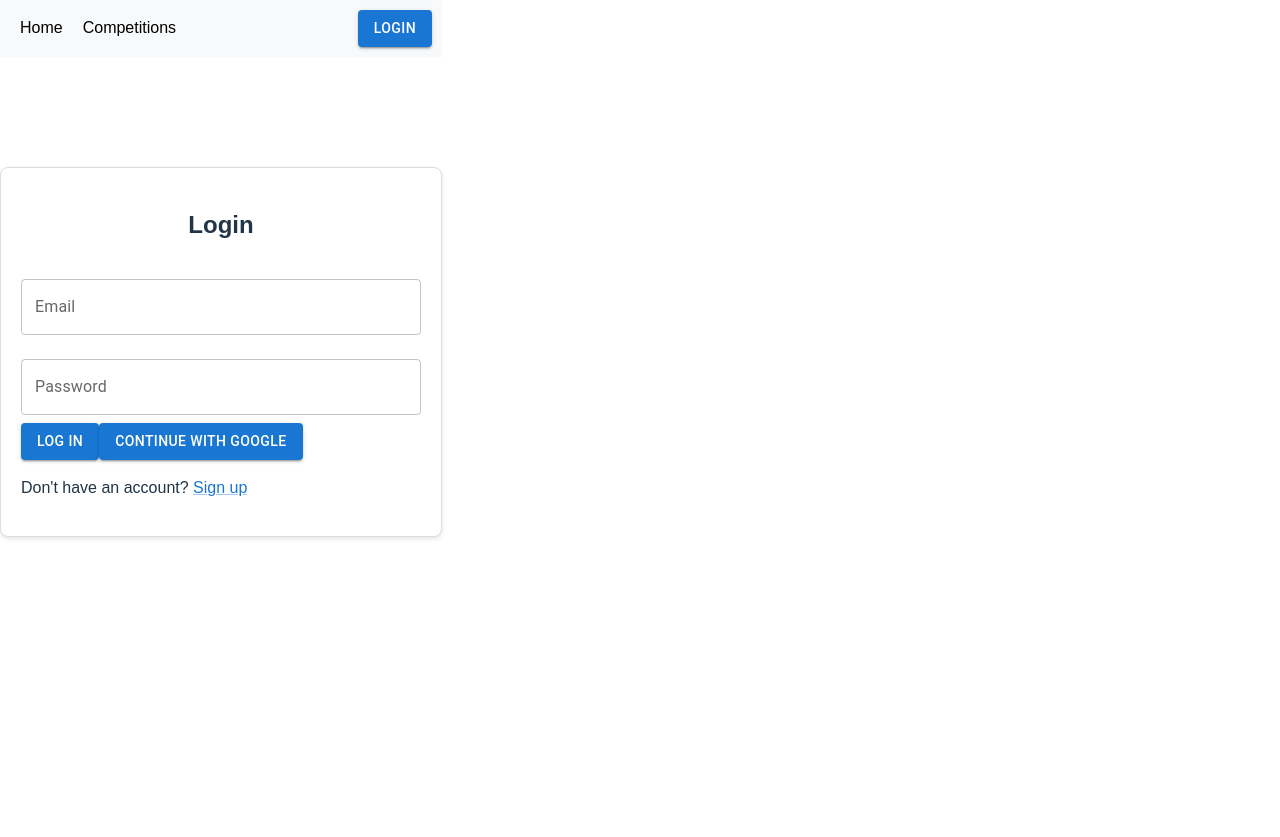
Repository: BWei22/wecube
Page: /profile
These files come from the project's save history. The page is drawn as it stood at one moment and after the next save; the edit follows.
The browser window is 1280 px wide. The pictures show the whole page.
The project was rebuilt for these pictures with package versions that can differ from the ones it lists, and the page was loaded fresh each time. Also part of the build but not shown: vite.config.js, src/pages/Home.css, src/pages/Home.jsx, src/pages/Competitions.css, src/pages/Competitions.jsx, src/pages/Listings.jsx, src/pages/CreateListing.jsx, src/pages/ListingDetails.css and 11 more.

Above is the page before, as saved 2024-08-07 12:40:11.

### index.html
<!doctype html>
<html lang="en">
  <head>
    <meta charset="UTF-8" />
    <link rel="icon" type="image/svg+xml" href="/vite.svg" />
    <meta name="viewport" content="width=device-width, initial-scale=1.0" />
    <title>WeCube</title>
  </head>
  <body>
    <div id="root"></div>
    <script type="module" src="/src/main.jsx"></script>
  </body>
</html>

### src/App.jsx
// src/App.jsx
import React from 'react';
import { BrowserRouter as Router, Routes, Route } from 'react-router-dom';
import Home from './pages/Home';
import Competitions from './pages/Competitions';
import Listings from './pages/Listings';
import CreateListing from './pages/CreateListing';
import ListingDetails from './pages/ListingDetails';
import InterestedBuyers from './pages/InterestedBuyers';
import Notifications from './pages/Notifications';
import Login from './pages/Login';
import SignUp from './pages/SignUp';
import CompleteProfile from './pages/CompleteProfile';
import PrivateRoute from './components/PrivateRoute';
import NavBar from './components/NavBar';
import { ProvideAuth } from './hooks/useAuth';
import Message from './pages/Message';
import Conversations from './pages/Conversations';
import Profile from './pages/Profile';
import './App.css';

const App = () => {
  return (
    <Router>
      <ProvideAuth>
        <NavBar />
        <div className="main-container">
          <Routes>
            <Route path="/" element={<Home />} />
            <Route path="/competitions" element={<Competitions />} />
            <Route path="/listings/:competitionId" element={<Listings />} />
            <Route path="/create-listing/:competitionId" element={<PrivateRoute><CreateListing /></PrivateRoute>} />
            <Route path="/listing/:listingId" element={<ListingDetails />} />
            <Route path="/interested-buyers/:listingId" element={<PrivateRoute><InterestedBuyers /></PrivateRoute>} />
            <Route path="/notifications" element={<PrivateRoute><Notifications /></PrivateRoute>} />
            <Route path="/login" element={<Login />} />
            <Route path="/signup" element={<SignUp />} />
            <Route path="/complete-profile" element={<CompleteProfile />} />
            <Route path="/messages/:listingId" element={<PrivateRoute><Message /></PrivateRoute>} />
            <Route path="/conversations" element={<PrivateRoute><Conversations /></PrivateRoute>} />
            <Route path="/profile" element={<PrivateRoute><Profile /></PrivateRoute>} />
          </Routes>
        </div>
      </ProvideAuth>
    </Router>
  );
};

export default App;

### src/pages/Login.jsx
// src/pages/Login.jsx
import React, { useState } from 'react';
import { useNavigate } from 'react-router-dom';
import { useAuth } from '../hooks/useAuth';
import { Button, TextField, Link } from '@mui/material';
import './AuthComponent.css';

const Login = () => {
  const auth = useAuth();
  const navigate = useNavigate();
  const [email, setEmail] = useState('');
  const [password, setPassword] = useState('');
  const [error, setError] = useState('');

  const handleGoogleLogin = async () => {
    try {
      const { user, isNewUser } = await auth.signinWithGoogle();
      if (isNewUser) {
        navigate('/complete-profile', { state: { uid: user.uid } });
      } else {
        navigate('/competitions');
      }
    } catch (error) {
      console.error('Login failed:', error);
      setError(error.message);
    }
  };

  const handleEmailLogin = async () => {
    try {
      await auth.signinWithEmailAndPassword(email, password);
      navigate('/competitions');
    } catch (error) {
      console.error('Login failed:', error);
      setError(error.message);
    }
  };

  return (
    <div className="auth-container">
      <h2>Login</h2>
      <TextField
        label="Email"
        variant="outlined"
        fullWidth
        margin="normal"
        value={email}
        onChange={(e) => setEmail(e.target.value)}
      />
      <TextField
        label="Password"
        type="password"
        variant="outlined"
        fullWidth
        margin="normal"
        value={password}
        onChange={(e) => setPassword(e.target.value)}
      />
      {error && <p className="error">{error}</p>}
      <Button onClick={handleEmailLogin} variant="contained" color="primary">
        Log In
      </Button>
      <Button onClick={handleGoogleLogin} variant="contained" color="primary">
        Continue with Google
      </Button>
      <p>
        Don't have an account? <Link onClick={() => navigate('/signup')}>Sign up</Link>
      </p>
    </div>
  );
};

export default Login;

### src/components/PrivateRoute.jsx
import React from 'react';
import { Navigate } from 'react-router-dom';
import { useAuth } from '../hooks/useAuth';

const PrivateRoute = ({ children }) => {
  const { user } = useAuth();

  return user ? children : <Navigate to="/login" />;
};

export default PrivateRoute;

### src/components/NavBar.jsx
import React, { useState, useEffect } from 'react';
import { Link, useNavigate } from 'react-router-dom';
import { useAuth } from '../hooks/useAuth'; // Adjust the import path as necessary
import { db } from '../firebaseConfig';
import { collection, query, where, onSnapshot } from 'firebase/firestore';
import Badge from '@mui/material/Badge';
import Button from '@mui/material/Button';
import './NavBar.css';

const NavBar = () => {
  const { user, username, signout } = useAuth();
  const navigate = useNavigate();
  const [newMessages, setNewMessages] = useState(0);

  useEffect(() => {
    if (!user) {
      console.log('No authenticated user found.');
      return;
    }

    const q = query(collection(db, 'messages'), where('recipientId', '==', user.uid), where('isRead', '==', false));
    const unsubscribe = onSnapshot(q, (querySnapshot) => {
      setNewMessages(querySnapshot.size);
    });

    return () => unsubscribe();
  }, [user]);

  const handleLogout = () => {
    signout(() => navigate('/'));
  };

  return (
    <div className="navbar">
      <div className="navbar-left">
        <Link to="/">Home</Link>
        <Link to="/competitions">Competitions</Link>
      </div>
      <div className="navbar-right">
        {user ? (
          <>
            <Badge badgeContent={newMessages} color="error">
              <Link to="/conversations">Conversations</Link>
            </Badge>
            <Link to="/profile">Profile</Link>
            <Button onClick={handleLogout} variant="contained" color="secondary">Logout</Button>
            <span className="navbar-username">{username}</span>
          </>
        ) : (
          <Button onClick={() => navigate('/login')} variant="contained" color="primary">Login</Button> // Corrected path
        )}
      </div>
    </div>
  );
};

export default NavBar;

### src/hooks/useAuth.jsx
// src/hooks/useAuth.jsx
import React, { useState, useEffect, useContext, createContext } from 'react';
import { getAuth, signInWithPopup, GoogleAuthProvider, signOut, createUserWithEmailAndPassword, signInWithEmailAndPassword, deleteUser } from 'firebase/auth';
import { doc, getDoc, setDoc, deleteDoc } from 'firebase/firestore';
import { db } from '../firebaseConfig';
import { useNavigate } from 'react-router-dom';

const authContext = createContext();

export function ProvideAuth({ children }) {
  const auth = useProvideAuth();
  return <authContext.Provider value={auth}>{children}</authContext.Provider>;
}

export const useAuth = () => {
  return useContext(authContext);
};

function useProvideAuth() {
  const [user, setUser] = useState(null);
  const [username, setUsername] = useState('');
  const [newUser, setNewUser] = useState(false);
  const navigate = useNavigate();

  const signinWithGoogle = async () => {
    const auth = getAuth();
    const provider = new GoogleAuthProvider();
    const result = await signInWithPopup(auth, provider);
    const user = result.user;

    const userDocRef = doc(db, 'users', user.uid);
    const userDocSnap = await getDoc(userDocRef);

    if (userDocSnap.exists()) {
      setUser(user);
      setUsername(userDocSnap.data().username);
      setNewUser(false);
      navigate('/competitions');
    } else {
      setUser(user);
      setNewUser(true);
      navigate('/complete-profile');
    }
  };

  const signupWithEmailAndPassword = async (email, password) => {
    const auth = getAuth();
    const result = await createUserWithEmailAndPassword(auth, email, password);
    const user = result.user;

    setUser(user);
    setNewUser(true);
    navigate('/complete-profile');
  };

  const signinWithEmailAndPassword = async (email, password) => {
    const auth = getAuth();
    const result = await signInWithEmailAndPassword(auth, email, password);
    const user = result.user;

    const userDocRef = doc(db, 'users', user.uid);
    const userDocSnap = await getDoc(userDocRef);

    if (userDocSnap.exists()) {
      setUser(user);
      setUsername(userDocSnap.data().username);
      setNewUser(false);
      navigate('/competitions');
    } else {
      navigate('/signup');
    }
  };

  const signout = async (callback) => {
    const auth = getAuth();
    await signOut(auth);
    setUser(null);
    setUsername('');
    if (callback) callback();
  };

  const deleteUserAccount = async () => {
    const auth = getAuth();
    if (user) {
      const userDocRef = doc(db, 'users', user.uid);
      await deleteDoc(userDocRef);
      await deleteUser(auth.currentUser);
      setUser(null);
      setUsername('');
      setNewUser(false);
      navigate('/');
    }
  };

  useEffect(() => {
    const auth = getAuth();
    const unsubscribe = auth.onAuthStateChanged(async (user) => {
      if (user) {
        const userDocRef = doc(db, 'users', user.uid);
        const userDocSnap = await getDoc(userDocRef);

        if (userDocSnap.exists()) {
          setUser(user);
          setUsername(userDocSnap.data().username);
          setNewUser(false);
        } else {
          setUser(user);
          setNewUser(true);
        }
      } else {
        setUser(null);
        setUsername('');
        setNewUser(false);
      }
    });

    return () => unsubscribe();
  }, []);

  return {
    user,
    username,
    newUser,
    setUsername,
    signinWithGoogle,
    signupWithEmailAndPassword,
    signinWithEmailAndPassword,
    signout,
    deleteUserAccount,
  };
}

### src/App.css
/* src/App.css */

body, html {
  margin: 0;
  padding: 0;
  height: 100%;
  width: 100%;
  font-family: Arial, sans-serif;
}

#root {
  height: 100%;
}

.main-container {
  display: flex;
  flex-direction: column;
  height: 100vh;
  padding-top: 60px; /* Adjust based on navbar height */
}

### src/firebaseConfig.js
// src/firebaseConfig.js
import { initializeApp } from "firebase/app";
import { getFirestore } from "firebase/firestore";
import { getAuth, onAuthStateChanged, GoogleAuthProvider, signInWithPopup } from "firebase/auth";

const firebaseConfig = {
  apiKey: "AIzaSyDYb4aSYo2bUTjyhVYMKNBykxSJtt_21Po",
  authDomain: "wecube-e0d78.firebaseapp.com",
  projectId: "wecube-e0d78",
  storageBucket: "wecube-e0d78.appspot.com",
  messagingSenderId: "412392652109",
  appId: "1:412392652109:web:bc3ad839badcf48e85cb04",
  measurementId: "G-3J43PF4YX8"
};

const app = initializeApp(firebaseConfig);
const db = getFirestore(app);
const auth = getAuth(app);
const provider = new GoogleAuthProvider();

onAuthStateChanged(auth, (user) => {
  if (user) {
    console.log("User is signed in", user);
  } else {
    console.log("No user is signed in");
  }
});

export { db, auth, provider };

### src/pages/Listings.css
.listings-grid {
  display: grid;
  grid-template-columns: repeat(auto-fill, minmax(200px, 1fr));
  gap: 16px;
}

.listing-item {
  border: 1px solid #ccc;
  padding: 16px;
  border-radius: 8px;
  text-align: center;
  cursor: pointer;
  transition: box-shadow 0.3s ease, transform 0.3s ease;
}

.listing-item:hover {
  box-shadow: 0 4px 12px rgba(0, 0, 0, 0.2);
  transform: scale(1.05);
  background-color: #f0f0f0;
}

.listing-image {
  width: 100%;
  height: 150px;
  object-fit: cover;
  border-radius: 4px;
}

.listing-info {
  margin-top: 8px;
}

.listing-name {
  display: block;
  font-weight: bold;
  margin-bottom: 4px;
  color: #333;
}

.listing-price {
  display: block;
  color: #007BFF;
}

button {
  margin-top: 8px;
}

### src/pages/AuthComponent.css
/* src/pages/AuthComponent.css */

.auth-container {
  max-width: 400px;
  margin: 50px auto;
  padding: 20px;
  border: 1px solid #ddd;
  border-radius: 8px;
  box-shadow: 0 2px 4px rgba(0, 0, 0, 0.1);
  background-color: #fff;
}

h2 {
  text-align: center;
  margin-bottom: 20px;
}

.error {
  color: red;
  text-align: center;
  margin-bottom: 20px;
}

form {
  display: flex;
  flex-direction: column;
}

form > * {
  margin-bottom: 15px;
}

### src/components/NavBar.css
.navbar {
  display: flex;
  justify-content: space-between;
  padding: 10px;
  background-color: #f8f9fa;
}

.navbar-left,
.navbar-right {
  display: flex;
  align-items: center;
}

.navbar-left a,
.navbar-right a {
  margin: 0 10px;
  text-decoration: none;
  color: #000;
}

.navbar-right .navbar-username {
  margin-left: 10px;
  font-weight: bold;
}

.navbar-right button {
  margin-left: 10px;
}

Loaded but not shown: src/main.jsx (common file); src/index.css (common file)

After the next save:
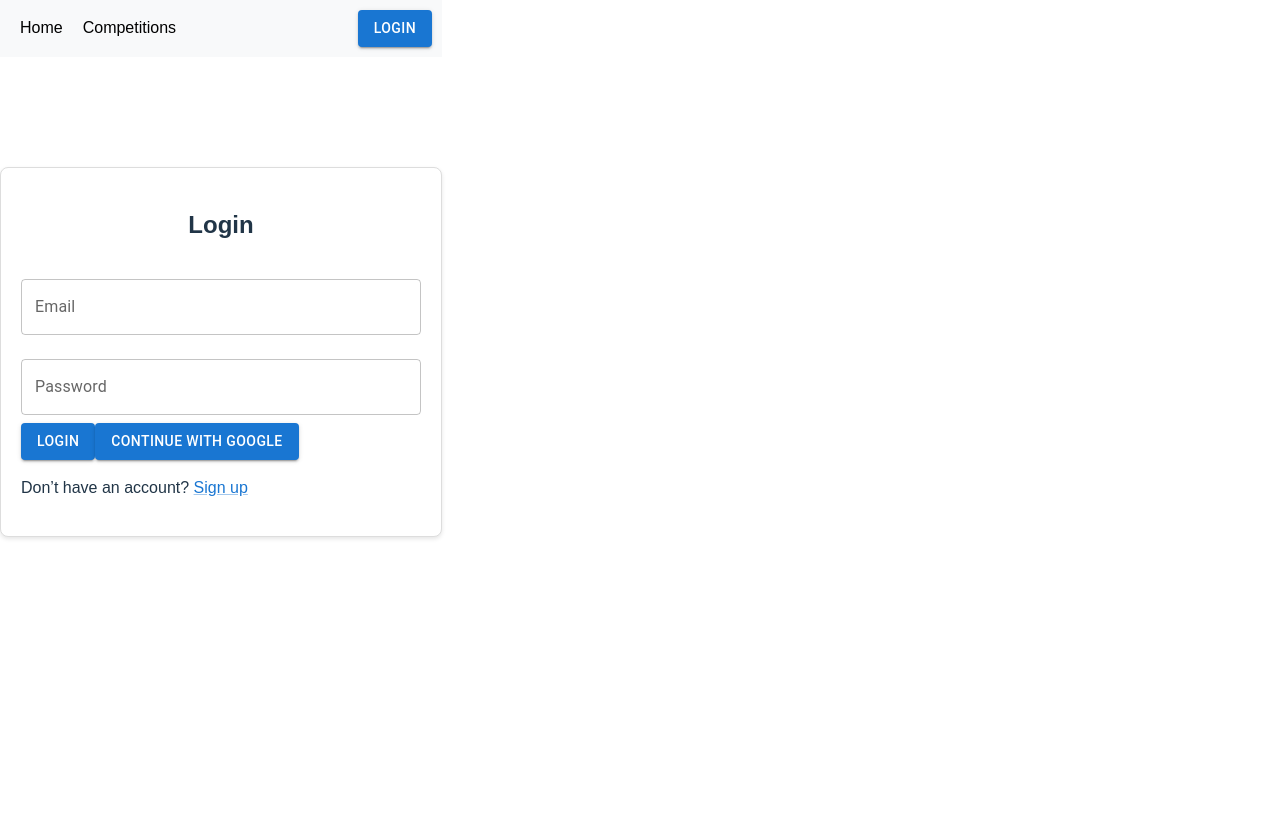
Saved 3 min 38 s later.
--- a/src/pages/Login.jsx
+++ b/src/pages/Login.jsx
@@ -14,12 +14,7 @@ const Login = () => {
 
   const handleGoogleLogin = async () => {
     try {
-      const { user, isNewUser } = await auth.signinWithGoogle();
-      if (isNewUser) {
-        navigate('/complete-profile', { state: { uid: user.uid } });
-      } else {
-        navigate('/competitions');
-      }
+      await auth.signinWithGoogle();
     } catch (error) {
       console.error('Login failed:', error);
       setError(error.message);
@@ -58,13 +53,13 @@ const Login = () => {
       />
       {error && <p className="error">{error}</p>}
       <Button onClick={handleEmailLogin} variant="contained" color="primary">
-        Log In
+        Login
       </Button>
       <Button onClick={handleGoogleLogin} variant="contained" color="primary">
         Continue with Google
       </Button>
       <p>
-        Don't have an account? <Link onClick={() => navigate('/signup')}>Sign up</Link>
+        Don’t have an account? <Link onClick={() => navigate('/signup')}>Sign up</Link>
       </p>
     </div>
   );
